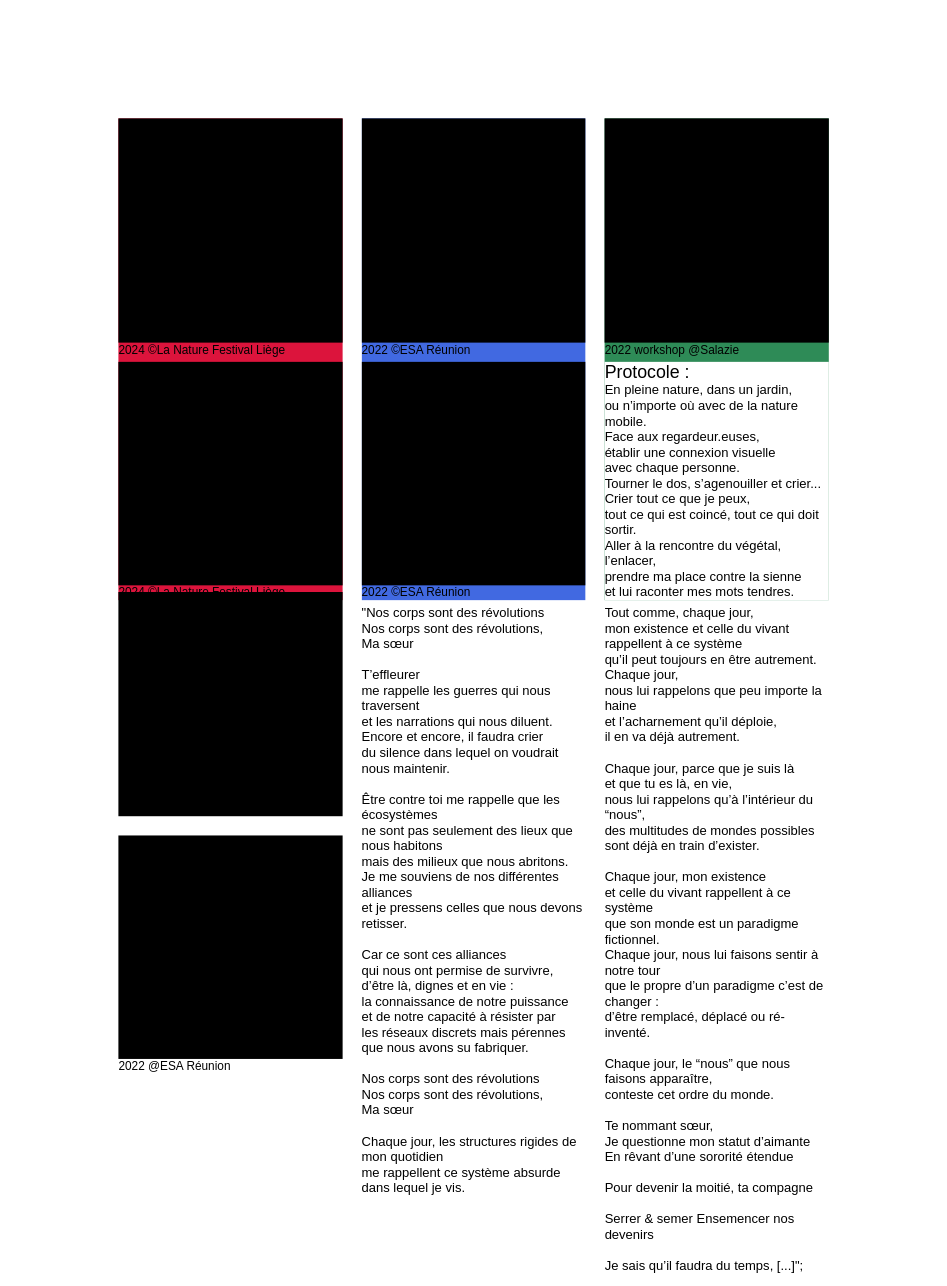
Repository: brunrhb/oce-p
Page: index.html
An editor plug-in stored every save of this project. The page is shown before and after the next save, followed by the edit.
The browser window is 1280 px wide. The pictures show the whole page, at 74% of full size.

Above is the page before, as saved 2025-06-07 11:32:08.

After the next save:
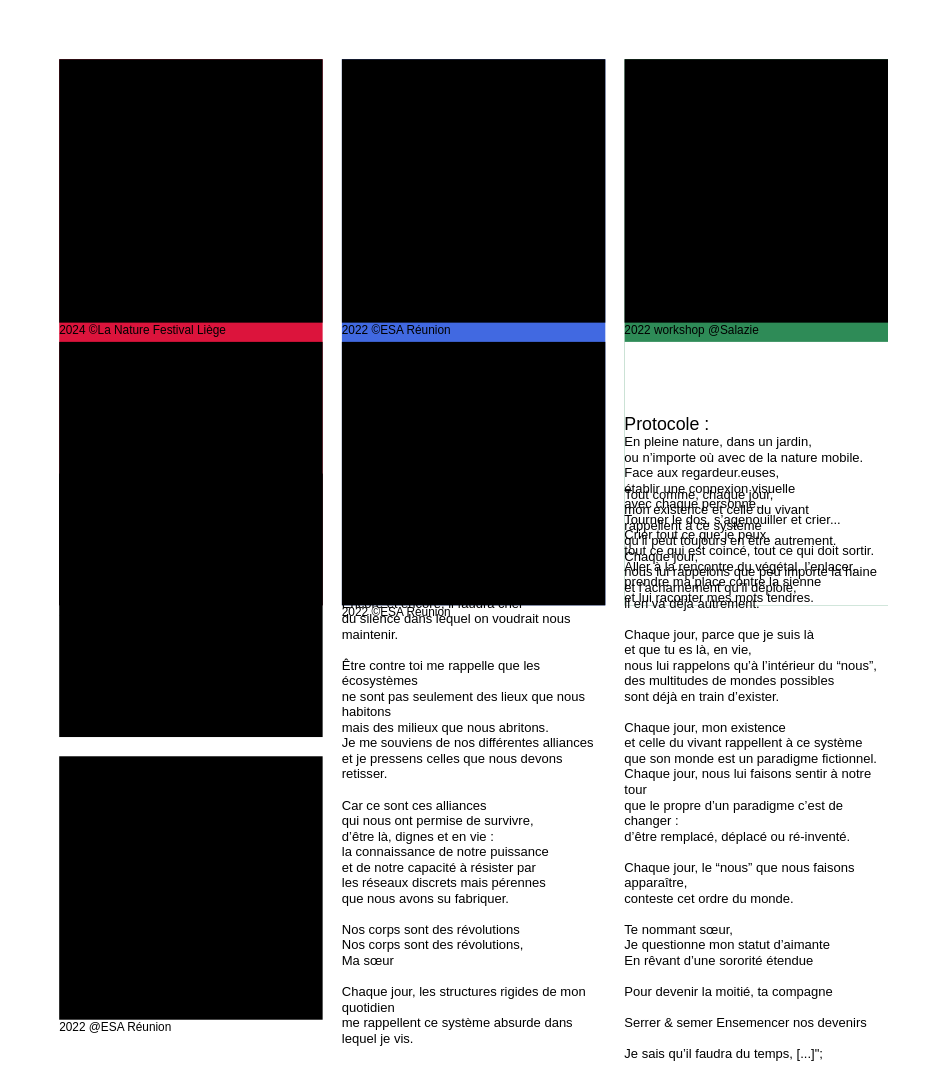
Saved 3 min 10 s later.
--- a/styles.css
+++ b/styles.css
@@ -13,10 +13,10 @@ body {
   display: grid;
   grid-template-columns: 1fr 1fr 1fr;
   height: calc(100vh - 20rem);
-  padding-top: 10rem;
+  padding-top: 5rem;
   padding-bottom: 5rem;
-  padding-left:10rem ;
-  padding-right:10rem ;
+  padding-left:5rem ;
+  padding-right:5rem ;
   column-gap: 2vw;
 }
 
